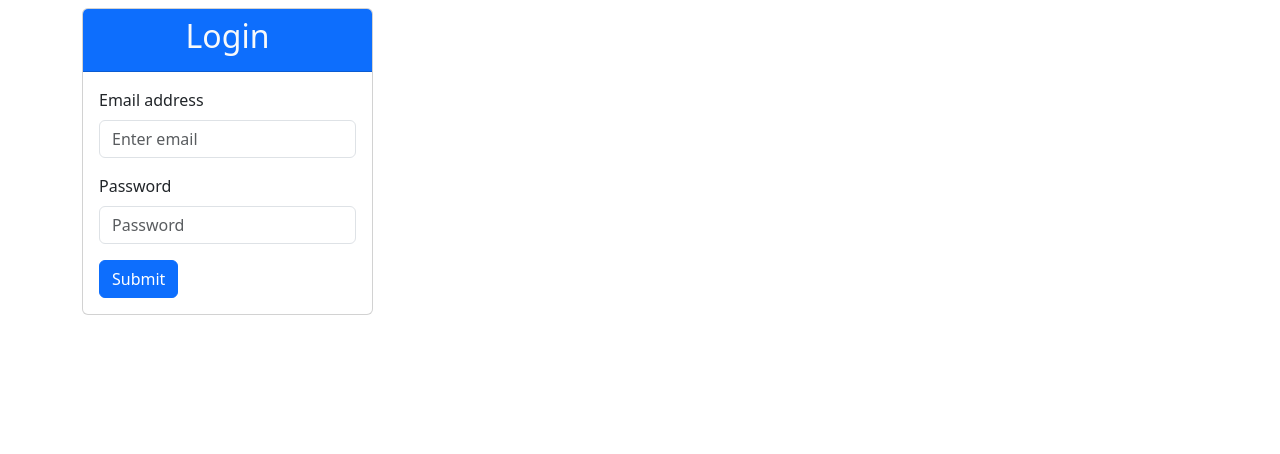
Repository: trider/react-task-app
Page: /tasks
An editor plug-in stored every save of this project. The page is shown before and after the next save, followed by the edit.
The browser window is 1280 px wide. The pictures show the whole page.
The project was rebuilt for these pictures with package versions that can differ from the ones it lists, and the page was loaded fresh each time.

Above is the page before, as saved 2024-05-02 16:13:08.

After the next save:
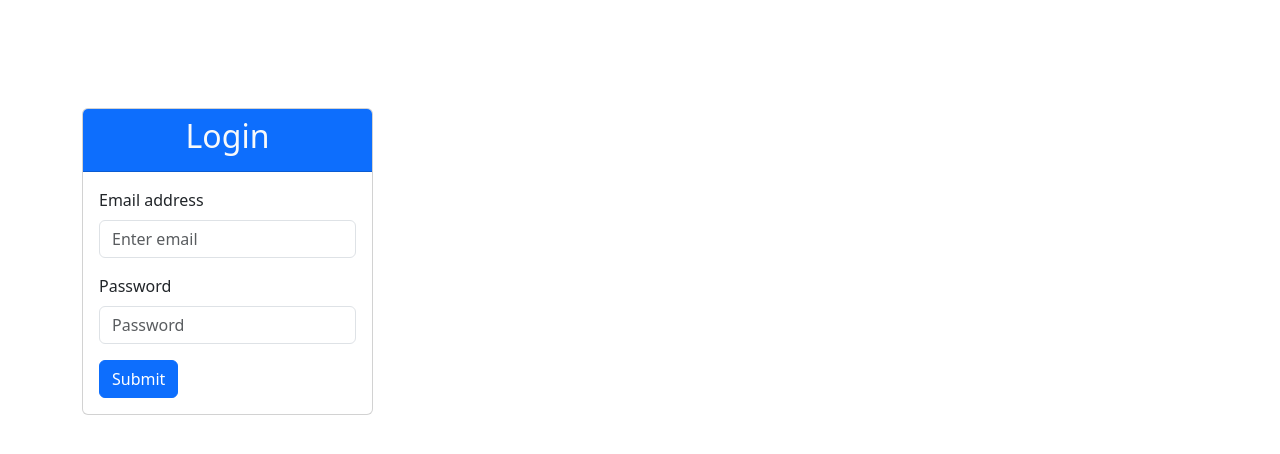
Saved 51 s later.
--- a/src/App.js
+++ b/src/App.js
@@ -10,7 +10,7 @@ import LoginForm from "./pages/Login";
 
 let App = () => {
   return (
-    <div className='mx-auto p-2' style={{alignContent:'center'}}>
+    <div className='mx-auto p-2' style={{marginTop:'100px'}}>
        <Container fluid className='container-lg d-lg-flex'>
           <LoginForm />
        </Container>
